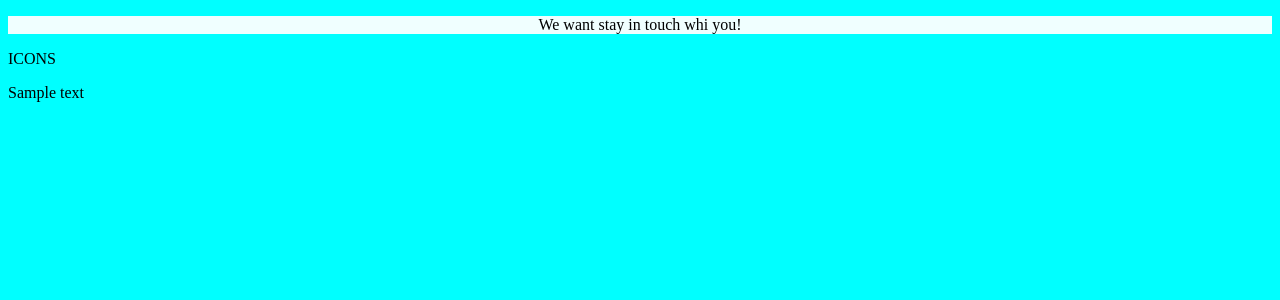
Repository: JhonMercedes/profile
Page: index.html
An editor plug-in stored every save of this project. The page is shown before and after the next save, followed by the edit.
The browser window is 1280 px wide. The pictures show the whole page.

Above is the page before, as saved 2021-12-08 01:57:29.

### index.html
<!DOCTYPE html>
<html lang="en">
<head>
    <meta charset="UTF-8">
    <meta http-equiv="X-UA-Compatible" content="IE=edge">
    <meta name="viewport" content="width=device-width, initial-scale=1.0">
    <link rel="stylesheet" href="style.css">
    <title>J.A</title>
</head>
<body>

    <div class="container" style="background-color: azure;">
        <p>We want stay in touch whi you!</p>
    </div>
    <div class"container2">
        <p>ICONS</p>
    </div>
    <div class="container3">
        <p>Sample text</p>
    </div>

</body>
</html>

### style.css
body {
    background: aqua;
}

.container {
    text-align: center
}

.container2 {
    background-color: blue;
}

After the next save:
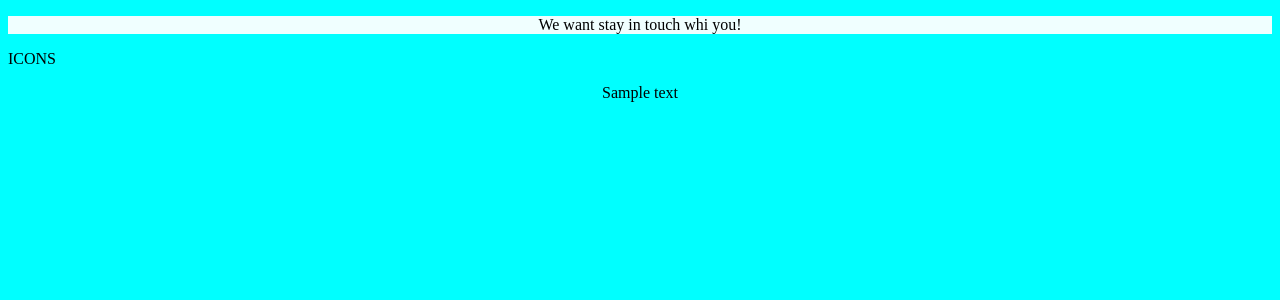
Saved 22 s later.
--- a/style.css
+++ b/style.css
@@ -2,7 +2,7 @@
     background: aqua;
 }
 
-.container {
+.container, .container2, .container3 {
     text-align: center
 }
 
